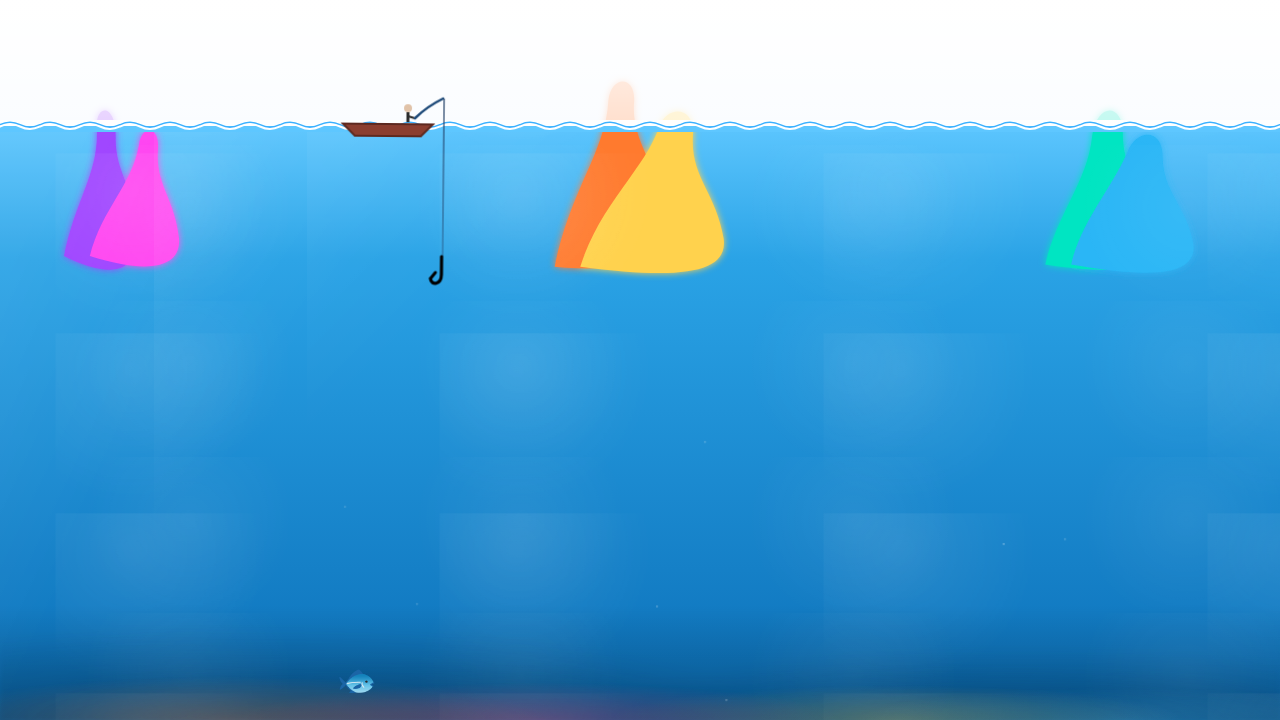
Repository: DeepFriedTurkey441/fd_game_project
Page: index.html
An editor plug-in stored every save of this project. The page is shown before and after the next save, followed by the edit.
The browser window is 1280 px wide. The pictures show the whole page.

Above is the page before, as saved 2025-09-23 07:37:59.

### index.html
<!DOCTYPE html>
<html lang="en">
<head>
  <meta charset="UTF-8">
  <title>Fish Dodge</title>
  <link rel="stylesheet" href="style.css">
</head>
<body>
  <div id="game">
    <div id="air" aria-hidden="true"></div>
    <div id="waterline" aria-hidden="true"></div>
    <!-- Decorative background layers (non-interactive) -->
    <div id="reef-back" aria-hidden="true"></div>
    <div id="reef-mid" aria-hidden="true"></div>
    <div id="reef-fore" aria-hidden="true"></div>
    <div id="light-rays" aria-hidden="true"></div>
    <div id="caustics" aria-hidden="true"></div>
    <div id="seafloor" aria-hidden="true"></div>
    <!-- Bright coral SVG (non-interactive) -->
    <svg id="coral" viewBox="0 0 1200 300" aria-hidden="true">
      <defs>
        <filter id="coralGlow" x="-20%" y="-20%" width="140%" height="140%">
          <feGaussianBlur stdDeviation="3" result="blur"/>
          <feMerge>
            <feMergeNode in="blur"/>
            <feMergeNode in="SourceGraphic"/>
          </feMerge>
        </filter>
      </defs>
      <!-- left purple coral -->
      <g filter="url(#coralGlow)" transform="translate(60,240) scale(1.1)">
        <path d="M0 0 C 10 -50, 30 -70, 28 -110 C 27 -130, 45 -130, 44 -100 C 44 -70, 60 -60, 62 -20 C 64 15, 40 20, 0 0 Z" fill="#9b3cff"/>
        <path d="M22 0 C 32 -40, 58 -60, 64 -95 C 66 -112, 82 -112, 80 -90 C 78 -60, 94 -50, 98 -15 C 100 10, 72 16, 22 0 Z" fill="#ff3cf0"/>
      </g>
      <!-- center orange coral -->
      <g filter="url(#coralGlow)" transform="translate(520,250) scale(1.2)">
        <path d="M0 0 C 12 -60, 40 -90, 42 -130 C 44 -150, 64 -150, 62 -128 C 60 -98, 78 -86, 84 -46 C 90 -8, 62 6, 0 0 Z" fill="#ff7a2f"/>
        <path d="M20 0 C 36 -50, 70 -75, 82 -110 C 88 -126, 110 -126, 108 -102 C 106 -70, 126 -58, 132 -22 C 136 6, 96 10, 20 0 Z" fill="#ffd24d"/>
      </g>
      <!-- right teal coral -->
      <g filter="url(#coralGlow)" transform="translate(980,248) scale(1.1)">
        <path d="M0 0 C 10 -44, 36 -70, 40 -110 C 44 -138, 66 -138, 66 -112 C 66 -78, 84 -64, 92 -30 C 98 4, 64 10, 0 0 Z" fill="#00e5c2"/>
        <path d="M22 0 C 30 -36, 56 -64, 70 -96 C 78 -116, 100 -116, 100 -92 C 100 -62, 120 -50, 126 -18 C 130 10, 90 12, 22 0 Z" fill="#29b6f6"/>
      </g>
    </svg>
    <div class="boat" aria-label="small fishing boat" title="Fishing boat" style="left: 26vw;">
      <svg viewBox="0 0 120 60" xmlns="http://www.w3.org/2000/svg" aria-hidden="true">
        <!-- hull -->
        <path d="M10 40 L100 40 L88 52 L22 52 Z" fill="#8b3e2f" stroke="#5e291f" stroke-width="2"/>
        <!-- fisherman (simple) -->
        <circle cx="75" cy="24" r="4" fill="#e0c2a8"/>
        <path id="arm" d="M75 28 L75 38" stroke="#2b2b2b" stroke-width="3"/>
        <path id="rod" d="M75 32 L82 34" stroke="#2b2b2b" stroke-width="2"/>
        <!-- fishing rod (angled out over water) -->
        <path d="M82 34 Q 94 22 110 14" stroke="#1f4b7a" stroke-width="2.5" fill="none" stroke-linecap="round"/>
      </svg>
      <div class="line" aria-hidden="true"></div>
      <svg class="hook" aria-hidden="true" viewBox="0 0 24 36">
        <!-- J‑shaped hook: black stroke, no fill -->
        <path d="M16 2 V20 C16 30 6 32 5 24" fill="none" stroke="#000" stroke-width="3.2" stroke-linecap="round"/>
        <!-- Barb -->
        <path d="M6 23 L10 18" fill="none" stroke="#000" stroke-width="3" stroke-linecap="round"/>
      </svg>
    </div>
    <div id="fish" aria-label="fish"><span class="sprite" aria-hidden="true">🐟</span></div>
    <!-- Soft ambient bubbles -->
    <div id="bubbles" aria-hidden="true"></div>
  </div>
  <script src="script.js"></script>
</body>
</html>

### style.css
/* Basic starter styling */
body {
    margin: 0;
    font-family: sans-serif;
    background-color: #0a3454;
    color: #fff;
  }

#game {
    position: relative;
    width: 100vw;
    height: 100vh;
    overflow: hidden;
    background: linear-gradient(#f9fbff 0%, #eaf3ff 16.66%, #5ec7ff 16.66%, #2aa3e6 36%, #0b6fb8 100%);
  }

/* Air overlay (top 1/6) to ensure a whitish sky */
#air {
    position: absolute;
    left: 0; right: 0;
    top: 0;
    /* Extend slightly past the waterline so crests have white behind them */
    height: calc(100vh / 6 + 12px);
    background: linear-gradient(to bottom, rgba(255,255,255,0.98), rgba(255,255,255,0.75));
    z-index: 1;
    pointer-events: none;
  }

/* Waterline at 1/6 of the viewport height from the top */
#waterline {
    position: absolute;
    left: 0; right: 0;
    top: calc(100vh / 6);
    height: 12px;
    z-index: 2;
    pointer-events: none;
    /* Squiggly wave on top of a 2-color band: white above, light blue below */
    background:
      url("data:[embedded picture, 376 characters]") repeat-x center,
      linear-gradient(to bottom, rgba(255,255,255,0.98) 0%, rgba(255,255,255,0.98) 50%, rgba(94,199,255,1) 50%, rgba(94,199,255,1) 100%);
    background-size: 80px 12px, 100% 100%;
  }

/* Boat at surface */
  .boat {
    position: absolute;
    top: calc(100vh / 6 - 34px); /* float a bit higher above ripple */
    width: 120px; height: 60px;
    transform-origin: 50% 50%;
    animation: bob 3.2s ease-in-out infinite;
    z-index: 6; /* above reefs; fish swims under */
    pointer-events: none;
  }
  .boat svg { width: 100%; height: 100%; display: block; }
  /* (reverted) */

/* Reef layers (behind fish) */
#reef-back, #reef-mid, #reef-fore {
    position: absolute; left: 0; right: 0; bottom: 0;
    pointer-events: none;
}
#reef-back { height: 44vh; background:
    radial-gradient(70% 50% at 20% 100%, rgba(0,40,70,0.25), transparent 60%),
    radial-gradient(60% 40% at 80% 100%, rgba(0,45,80,0.22), transparent 58%);
    z-index: 0; filter: blur(2px) saturate(0.9);
}
#reef-mid { height: 36vh; background:
    radial-gradient(55% 40% at 30% 100%, rgba(10,70,120,0.26), transparent 60%),
    radial-gradient(50% 35% at 75% 100%, rgba(8,90,150,0.22), transparent 62%);
    z-index: 1; filter: blur(1.2px) saturate(1.0);
}
#reef-fore { height: 28vh; background:
    radial-gradient(40% 35% at 18% 100%, rgba(255,130,60,0.28), transparent 62%),
    radial-gradient(38% 30% at 42% 100%, rgba(255,70,120,0.28), transparent 62%),
    radial-gradient(36% 28% at 70% 100%, rgba(255,200,60,0.24), transparent 62%),
    radial-gradient(34% 26% at 88% 100%, rgba(90,200,255,0.22), transparent 62%);
    z-index: 2; filter: saturate(1.1);
    mask-image: linear-gradient(to top, black 60%, rgba(0,0,0,0) 100%);
    -webkit-mask-image: linear-gradient(to top, black 60%, rgba(0,0,0,0) 100%);
}

/* God-rays */
#light-rays { position: absolute; left:0; right:0; top: calc(100vh/6); bottom:0; pointer-events:none; z-index:1;
  background:
    linear-gradient(115deg, rgba(255,255,255,0.12) 10%, rgba(255,255,255,0.0) 35%) 0 0/40% 100% no-repeat,
    linear-gradient(125deg, rgba(255,255,255,0.10) 8%, rgba(255,255,255,0.0) 32%) 20% 0/40% 100% no-repeat,
    linear-gradient(135deg, rgba(255,255,255,0.08) 6%, rgba(255,255,255,0.0) 28%) 40% 0/40% 100% no-repeat;
  mix-blend-mode: screen;
  opacity: 0.5;
}

/* Caustic shimmer */
#caustics { position:absolute; left:0; right:0; top: calc(100vh/6); bottom:0; pointer-events:none; z-index:1;
  background: radial-gradient(circle at 20% 20%, rgba(255,255,255,0.08) 0%, rgba(255,255,255,0) 40%) 0 0/30% 30% repeat,
              radial-gradient(circle at 70% 40%, rgba(255,255,255,0.06) 0%, rgba(255,255,255,0) 42%) 0 0/26% 26% repeat;
  animation: causticDrift 18s linear infinite;
}
@keyframes causticDrift {
  0% { background-position: 0 0, 0 0; }
  100% { background-position: 200px 120px, -160px 90px; }
}

/* Seafloor gradient to deepen bottom */
#seafloor { position:absolute; left:0; right:0; bottom:0; height: 16vh; pointer-events:none; z-index:1;
  background: linear-gradient(to bottom, rgba(0,0,0,0) 0%, rgba(0,0,0,0.25) 100%);
}
  .boat .line {
    position: absolute;
    left: 110px; /* exact rod tip in SVG coords */
    top: 14px;
    width: 2px;
    height: calc(100vh - (100vh / 6)); /* down to bottom */
    background: linear-gradient(to bottom, rgba(30,60,100,0.6), rgba(30,60,100,0.3));
    transform-origin: top;
    z-index: 4; /* between reefs and fish */
  }
  .boat .hook {
    position: absolute;
    left: 100px; /* adjusted for SVG viewBox */
    top: 14px;
    width: 24px; height: 36px;
    z-index: 5;
    display: block;
  }
  .boat .hook path { vector-effect: non-scaling-stroke; }

@keyframes bob {
  0%   { transform: translateY(0) rotate(-0.6deg); }
  50%  { transform: translateY(-2px) rotate(0.6deg); }
  100% { transform: translateY(0) rotate(-0.6deg); }
}

#fish {
    position: absolute;
    left: 24px;
    top: 50vh;
    transform: translateY(-50%);
    font-size: 32px;
    line-height: 1;
    user-select: none;
    z-index: 5;
  }
/* Ambient bubbles */
#bubbles { position:absolute; left:0; right:0; top: calc(100vh/6); bottom:0; pointer-events:none; z-index:2; }
#bubbles::before, #bubbles::after { content:""; position:absolute; left:10%; bottom:6vh; width:2px; height:2px; background:transparent;
  box-shadow:  0 0 0 0 rgba(255,255,255,0.7),
               40vw 10vh 0 0 rgba(255,255,255,0.6),
               20vw 30vh 0 0 rgba(255,255,255,0.5),
               65vw 22vh 0 0 rgba(255,255,255,0.6),
               80vw 12vh 0 0 rgba(255,255,255,0.5),
               15vw 18vh 0 0 rgba(255,255,255,0.5);
  animation: bubbleUp 8s linear infinite;
}
#bubbles::after { left:35%; animation-duration: 12s; opacity:0.8; }
@keyframes bubbleUp {
  0% { transform: translateY(0) scale(1); opacity: 0.0; }
  10% { opacity: 0.6; }
  100% { transform: translateY(-70vh) scale(1.2); opacity: 0; }
}
  #fish .sprite { display: inline-block; font-size: 32px; width: 1em; height: 1em; }
  /* Emoji orientation mappings */
  /* Most platforms render 🐟 facing left by default (head on left). */
  #fish .face-left { transform: scaleX(1); }
  #fish .face-right { transform: scaleX(-1); }

Loaded but not shown: script.js (289 lines, source omitted)

After the next save:
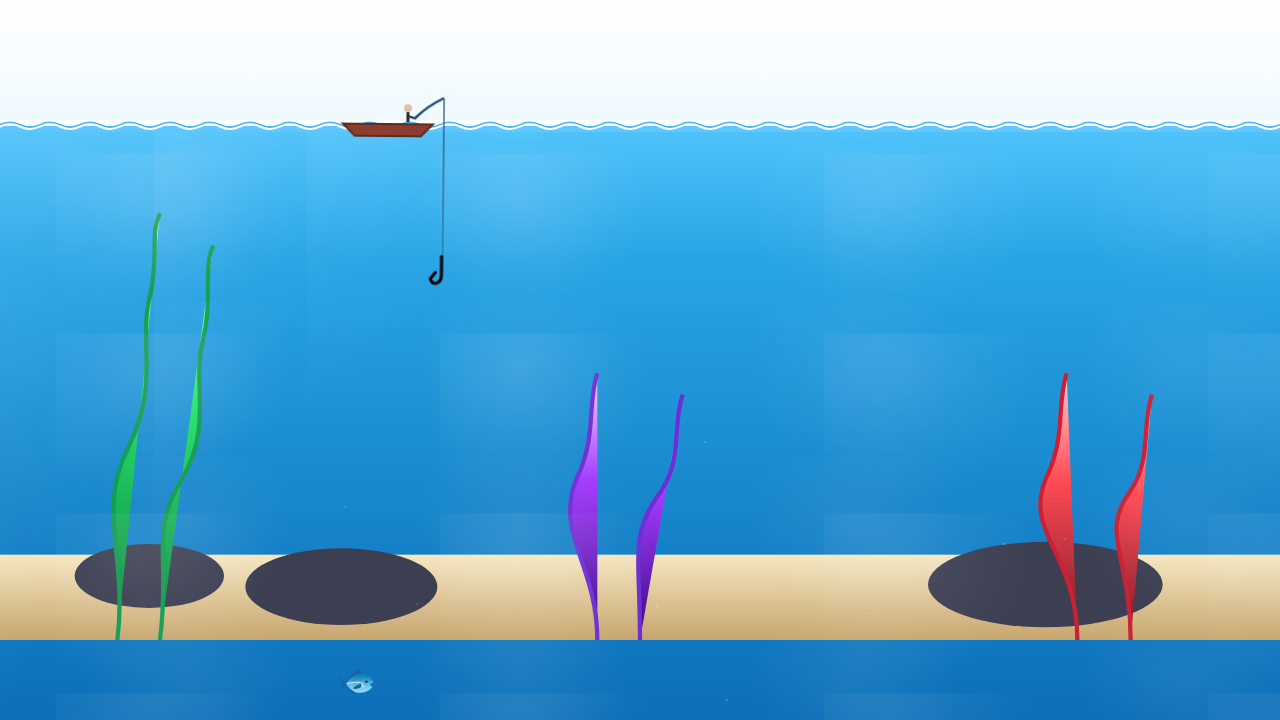
Saved 9 min 21 s later.
--- a/index.html
+++ b/index.html
@@ -10,37 +10,59 @@
     <div id="air" aria-hidden="true"></div>
     <div id="waterline" aria-hidden="true"></div>
     <!-- Decorative background layers (non-interactive) -->
-    <div id="reef-back" aria-hidden="true"></div>
-    <div id="reef-mid" aria-hidden="true"></div>
-    <div id="reef-fore" aria-hidden="true"></div>
     <div id="light-rays" aria-hidden="true"></div>
     <div id="caustics" aria-hidden="true"></div>
-    <div id="seafloor" aria-hidden="true"></div>
-    <!-- Bright coral SVG (non-interactive) -->
-    <svg id="coral" viewBox="0 0 1200 300" aria-hidden="true">
+    <!-- Realistic aquarium background (SVG) -->
+    <svg id="aquarium-bg" viewBox="0 0 1200 600" preserveAspectRatio="none" aria-hidden="true">
       <defs>
-        <filter id="coralGlow" x="-20%" y="-20%" width="140%" height="140%">
-          <feGaussianBlur stdDeviation="3" result="blur"/>
-          <feMerge>
-            <feMergeNode in="blur"/>
-            <feMergeNode in="SourceGraphic"/>
-          </feMerge>
-        </filter>
+        <linearGradient id="plantGrad1" x1="0" y1="1" x2="0" y2="0">
+          <stop offset="0%" stop-color="#0b6fb8"/>
+          <stop offset="100%" stop-color="#35d0ff"/>
+        </linearGradient>
+        <linearGradient id="leafGreen" x1="0" y1="1" x2="0" y2="0">
+          <stop offset="0%" stop-color="#0a7f3b"/>
+          <stop offset="60%" stop-color="#1fe36a"/>
+          <stop offset="100%" stop-color="#b4ffca"/>
+        </linearGradient>
+        <linearGradient id="leafRed" x1="0" y1="1" x2="0" y2="0">
+          <stop offset="0%" stop-color="#7a1626"/>
+          <stop offset="60%" stop-color="#ff4b55"/>
+          <stop offset="100%" stop-color="#ffd0d4"/>
+        </linearGradient>
+        <linearGradient id="leafPurple" x1="0" y1="1" x2="0" y2="0">
+          <stop offset="0%" stop-color="#3b0a7f"/>
+          <stop offset="60%" stop-color="#a33bff"/>
+          <stop offset="100%" stop-color="#edd4ff"/>
+        </linearGradient>
+        <linearGradient id="sandGrad" x1="0" y1="0" x2="0" y2="1">
+          <stop offset="0%" stop-color="#f6e7c2"/>
+          <stop offset="100%" stop-color="#c7a56e"/>
+        </linearGradient>
       </defs>
-      <!-- left purple coral -->
-      <g filter="url(#coralGlow)" transform="translate(60,240) scale(1.1)">
-        <path d="M0 0 C 10 -50, 30 -70, 28 -110 C 27 -130, 45 -130, 44 -100 C 44 -70, 60 -60, 62 -20 C 64 15, 40 20, 0 0 Z" fill="#9b3cff"/>
-        <path d="M22 0 C 32 -40, 58 -60, 64 -95 C 66 -112, 82 -112, 80 -90 C 78 -60, 94 -50, 98 -15 C 100 10, 72 16, 22 0 Z" fill="#ff3cf0"/>
+      <!-- subtle background vignette -->
+      <rect x="0" y="0" width="1200" height="600" fill="url(#plantGrad1)" opacity="0.25"/>
+      <!-- substrate -->
+      <rect x="0" y="520" width="1200" height="80" fill="url(#sandGrad)"/>
+      <!-- rocks -->
+      <g fill="#3c3f52">
+        <ellipse cx="140" cy="540" rx="70" ry="30"/>
+        <ellipse cx="320" cy="550" rx="90" ry="36"/>
+        <ellipse cx="980" cy="548" rx="110" ry="40"/>
       </g>
-      <!-- center orange coral -->
-      <g filter="url(#coralGlow)" transform="translate(520,250) scale(1.2)">
-        <path d="M0 0 C 12 -60, 40 -90, 42 -130 C 44 -150, 64 -150, 62 -128 C 60 -98, 78 -86, 84 -46 C 90 -8, 62 6, 0 0 Z" fill="#ff7a2f"/>
-        <path d="M20 0 C 36 -50, 70 -75, 82 -110 C 88 -126, 110 -126, 108 -102 C 106 -70, 126 -58, 132 -22 C 136 6, 96 10, 20 0 Z" fill="#ffd24d"/>
+      <!-- tall plants left -->
+      <g fill="url(#leafGreen)">
+        <path d="M110 600 C120 520, 90 480, 120 420 C150 360,130 320,140 280 C150 240,140 220,150 200" stroke="#0f9b50" stroke-width="4"/>
+        <path d="M150 600 C160 520, 140 500, 170 450 C200 400,180 360,190 320 C200 280,190 250,200 230" stroke="#0f9b50" stroke-width="4"/>
       </g>
-      <!-- right teal coral -->
-      <g filter="url(#coralGlow)" transform="translate(980,248) scale(1.1)">
-        <path d="M0 0 C 10 -44, 36 -70, 40 -110 C 44 -138, 66 -138, 66 -112 C 66 -78, 84 -64, 92 -30 C 98 4, 64 10, 0 0 Z" fill="#00e5c2"/>
-        <path d="M22 0 C 30 -36, 56 -64, 70 -96 C 78 -116, 100 -116, 100 -92 C 100 -62, 120 -50, 126 -18 C 130 10, 90 12, 22 0 Z" fill="#29b6f6"/>
+      <!-- mid plants center -->
+      <g fill="url(#leafPurple)">
+        <path d="M560 600 C560 530, 520 500, 540 450 C560 410,550 380,560 350" stroke="#6e2ed6" stroke-width="4"/>
+        <path d="M600 600 C600 520, 590 500, 620 460 C640 430,630 400,640 370" stroke="#6e2ed6" stroke-width="4"/>
+      </g>
+      <!-- red plants right -->
+      <g fill="url(#leafRed)">
+        <path d="M1010 600 C1010 520, 960 500, 980 450 C1000 410,990 380,1000 350" stroke="#cc2034" stroke-width="4"/>
+        <path d="M1060 600 C1060 520, 1030 500, 1060 460 C1080 430,1070 400,1080 370" stroke="#cc2034" stroke-width="4"/>
       </g>
     </svg>
     <div class="boat" aria-label="small fishing boat" title="Fishing boat" style="left: 26vw;">
